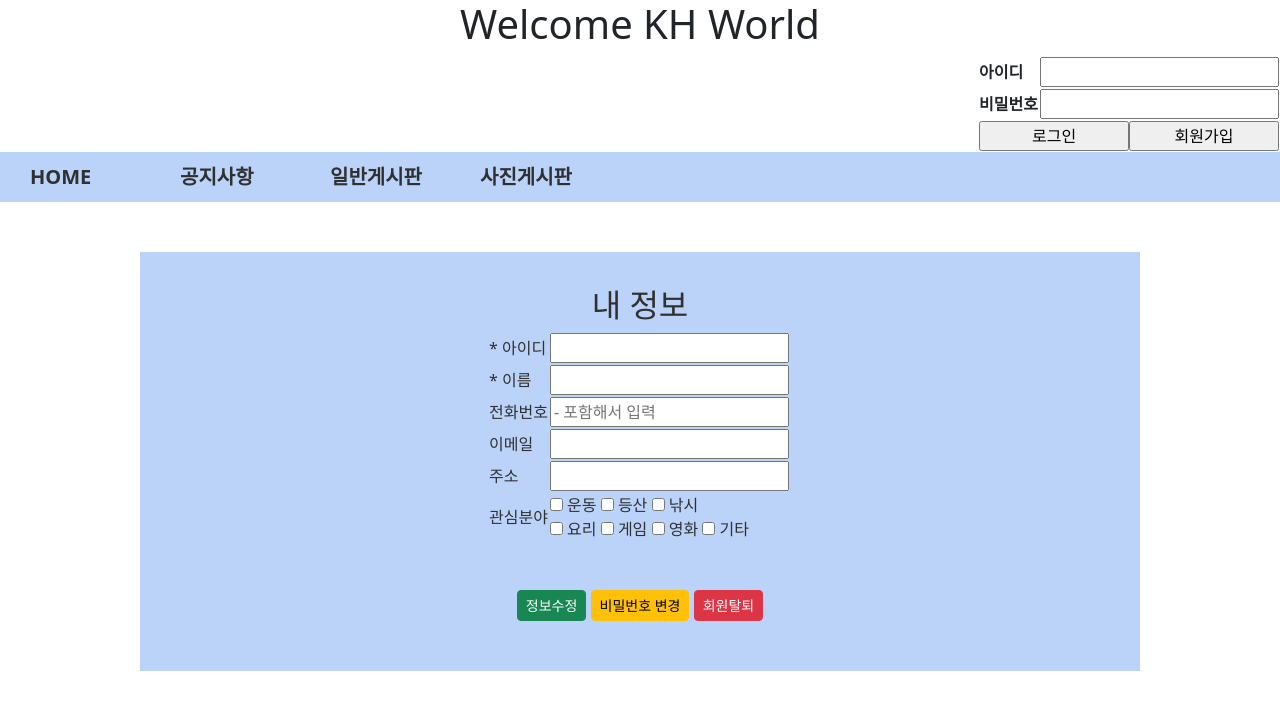
Repository: HwangInTae82/JSPProject
Page: http://localhost/jspProject/views/member/myPage.jsp
These files come from the project's save history. The page is drawn as it stood at one moment and after the next save; the edit follows.
The browser window is 1280 px wide. The pictures show the whole page.
The page is served by Tomcat 10. Nobody is signed in. The application's start-up code is not run.

Above is the page before, as saved 2025-02-27 23:24:15.

After the next save:
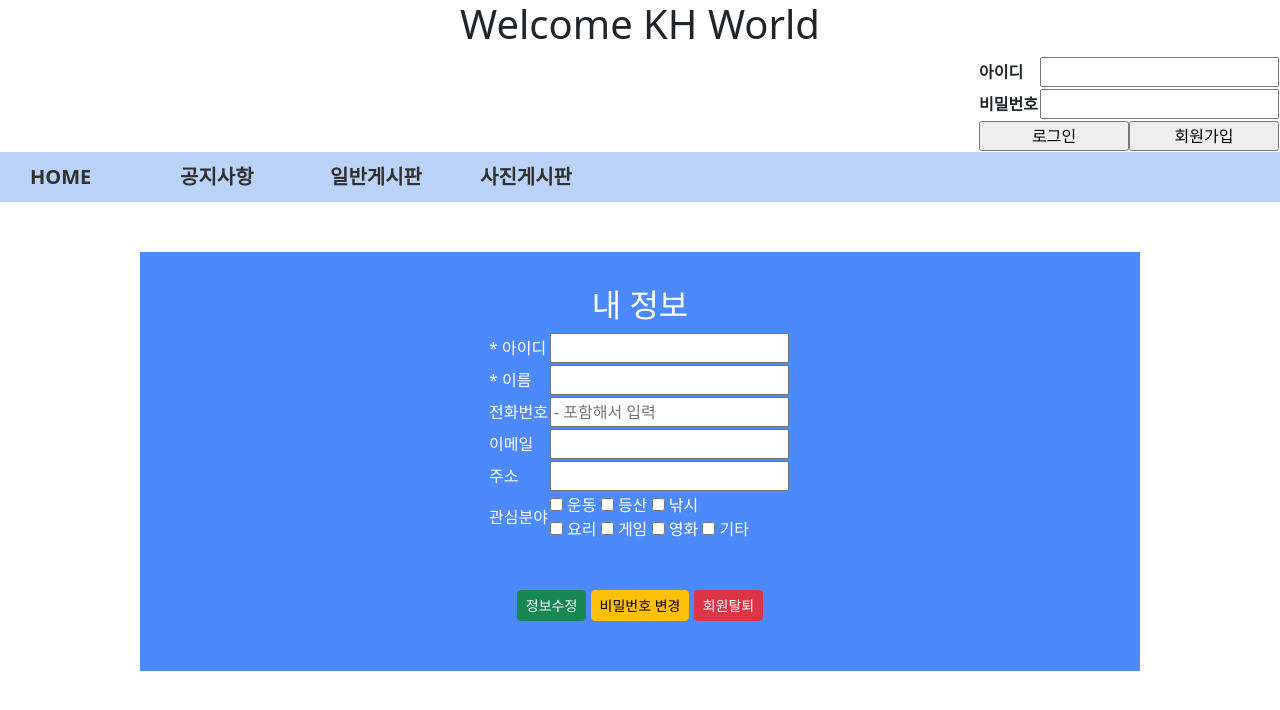
Saved 21 s later.
--- a/jspProject/src/main/webapp/views/member/myPage.jsp
+++ b/jspProject/src/main/webapp/views/member/myPage.jsp
@@ -8,8 +8,8 @@
 	<title>Insert title here</title>
 	<style>
 		.outer{
-			background: rgb(187, 211, 248);
-			color: rgb(48, 48, 48);
+			background: #4b89fc;
+			color: white;
 			width: 1000PX;
 			margin: auto;
 			margin-top: 50px;
@@ -24,13 +24,6 @@
 			display: flex;
 			flex-direction: column;
 		}
-        #delete-account-modal .modal-body form{
-            display: flex;
-			flex-direction: column;
-        }
-        #delete-account-btn{
-            margin: 0px 50px;
-        }
 	</style>
 </head>
 <body>
@@ -117,31 +110,18 @@
 			<div align="center">
 				<button type="submit" class="btn btn-sm btn-success">정보수정</button>
 				<button type="button" class="btn btn-sm btn-warning" data-bs-toggle="modal" data-bs-target="#update-pwd-modal">비밀번호 변경</button>
-				<button type="button" class="btn btn-sm btn-danger" onclick="handleOnClick()">회원탈퇴</button>
+				<button type="button" class="btn btn-sm btn-danger" data-bs-toggle="modal" data-bs-target="#delete-member-modal">회원탈퇴</button>
 			</div>
 		</form>
 	</div>
-
-
-	<script>
-		function checkPwd(){
-			const pwd = document.querySelector("#enroll-form input[name=userPwd]").value;
-			const pwdCheck = document.querySelector("#enroll-form input[name=userPwdCheck]").value;
-
-			if(pwd !== pwdCheck){
-				alert("비밀번호가 일치하지 않습니다.");
-				return false;
-			}
-		}
-        function handleOnClick()  {
-            let ok = confirm("탈퇴 후 복구가 불가능합니다. 정말 탈퇴하시겠습니까?");
-            if (ok) {
-            var myModal = new bootstrap.Modal(document.getElementById('delete-account-modal'));
-            myModal.show();
-        }
-            }
-
-	</script>
+	<!--
+		탈퇴하기 버튼 클릭시
+		탈퇴 후 복구가 불가능합니다.
+		정말 탈퇴하시겠습니까?
+		비밀번호 :
+		탈퇴하기버튼 -> /delete.me
+		=>  /delete.me받은 서버는 비밀번호가 맞는지 확인 후 status -> N으로 변경하고 로그아웃
+	 -->
 
 
 
@@ -194,43 +174,30 @@
 	  </div>
 	</div>
 
-<!--
-		탈퇴하기 버튼 클릭시
-		탈퇴 후 복구가 불가능합니다.
-		정말 탈퇴하시겠습니까?
-		비밀번호 :
-		탈퇴하기버튼 -> /delete.me
-		=>  /delete.me받은 서버는 비밀번호가 맞는지 확인 후 status -> N으로 변경하고 로그아웃
-	 -->
-    <!-- 회원탈퇴 팝업 -->
-	<div class="modal" id="delete-account-modal">
-        <div class="modal-dialog">
-          <div class="modal-content">
-
-            <!-- Modal Header -->
-            <div class="modal-header">
-              <h4 class="modal-title">회원탈퇴</h4>
-              <button type="button" class="btn-close" data-bs-dismiss="modal"></button>
-            </div>
-
-            <!-- Modal body -->
-            <div class="modal-body">
-              <form action="${pageContext.request.contextPath}/delete.me" method="post">
-
-               <h3> </h3>
-                  <table align="center">
-                      <tr>
-                          <td>비밀번호 입력</td>
-                          <td><input type="password" name="userPwd" required></td>
-                      </tr>
-                  </table>
-                  <br>
-                  <button id="delete-account-btn" type="submit" class="btn btn-sm btn-danger" class="btn btn-sm btn-primary">회원 탈퇴</button>
-              </form>
-
-            </div>
-          </div>
-        </div>
-      </div>
+	<!-- 탈퇴 팝업 -->
+	<div class="modal" id="delete-member-modal">
+	  <div class="modal-dialog">
+	    <div class="modal-content">
+
+	      <!-- Modal Header -->
+	      <div class="modal-header">
+	        <h4 class="modal-title">회원탈퇴</h4>
+	        <button type="button" class="btn-close" data-bs-dismiss="modal"></button>
+	      </div>
+
+	      <!-- Modal body -->
+	      <div class="modal-body">
+			<form action="${pageContext.request.contextPath}/delete.me" method="post">
+				<b>탈퇴 후 복구가 불가능합니다.<br>
+				정말로 탈퇴하시겠습니까?</b>
+				<br><br>
+				비밀번호  : <input type="password" name="userPwd" required>
+				<br><br>
+				<button type="submit" class="btn btn-sm btn-danger">탈퇴하기</button>
+			</form>
+	      </div>
+	    </div>
+	  </div>
+	</div>
 </body>
 </html>

After the save that followed:
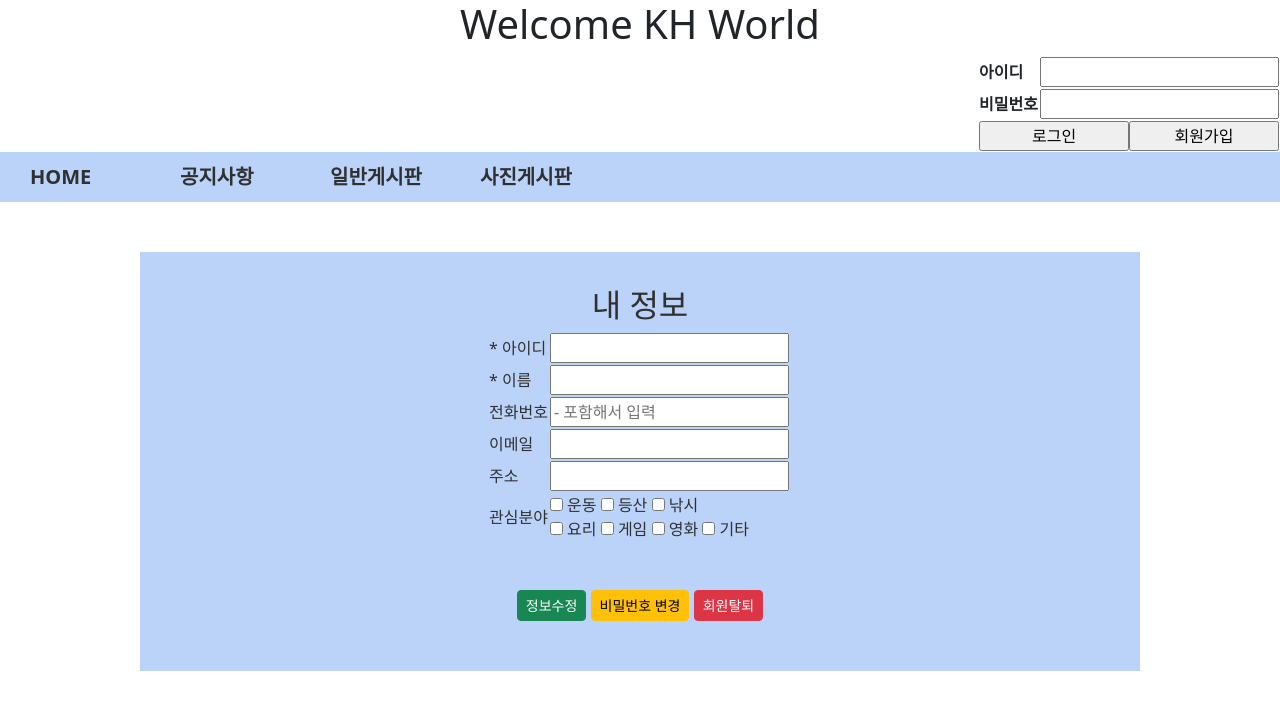
Saved 6 s later.
--- a/jspProject/src/main/webapp/views/member/myPage.jsp
+++ b/jspProject/src/main/webapp/views/member/myPage.jsp
@@ -8,8 +8,8 @@
 	<title>Insert title here</title>
 	<style>
 		.outer{
-			background: #4b89fc;
-			color: white;
+			background: rgb(187, 211, 248);
+			color: rgb(48, 48, 48);
 			width: 1000PX;
 			margin: auto;
 			margin-top: 50px;
@@ -24,6 +24,13 @@
 			display: flex;
 			flex-direction: column;
 		}
+        #delete-account-modal .modal-body form{
+            display: flex;
+			flex-direction: column;
+        }
+        #delete-account-btn{
+            margin: 0px 50px;
+        }
 	</style>
 </head>
 <body>
@@ -110,18 +117,31 @@
 			<div align="center">
 				<button type="submit" class="btn btn-sm btn-success">정보수정</button>
 				<button type="button" class="btn btn-sm btn-warning" data-bs-toggle="modal" data-bs-target="#update-pwd-modal">비밀번호 변경</button>
-				<button type="button" class="btn btn-sm btn-danger" data-bs-toggle="modal" data-bs-target="#delete-member-modal">회원탈퇴</button>
+				<button type="button" class="btn btn-sm btn-danger" onclick="handleOnClick()">회원탈퇴</button>
 			</div>
 		</form>
 	</div>
-	<!--
-		탈퇴하기 버튼 클릭시
-		탈퇴 후 복구가 불가능합니다.
-		정말 탈퇴하시겠습니까?
-		비밀번호 :
-		탈퇴하기버튼 -> /delete.me
-		=>  /delete.me받은 서버는 비밀번호가 맞는지 확인 후 status -> N으로 변경하고 로그아웃
-	 -->
+
+
+	<script>
+		function checkPwd(){
+			const pwd = document.querySelector("#enroll-form input[name=userPwd]").value;
+			const pwdCheck = document.querySelector("#enroll-form input[name=userPwdCheck]").value;
+
+			if(pwd !== pwdCheck){
+				alert("비밀번호가 일치하지 않습니다.");
+				return false;
+			}
+		}
+        function handleOnClick()  {
+            let ok = confirm("탈퇴 후 복구가 불가능합니다. 정말 탈퇴하시겠습니까?");
+            if (ok) {
+            var myModal = new bootstrap.Modal(document.getElementById('delete-account-modal'));
+            myModal.show();
+        }
+            }
+
+	</script>
 
 
 
@@ -174,30 +194,43 @@
 	  </div>
 	</div>
 
-	<!-- 탈퇴 팝업 -->
-	<div class="modal" id="delete-member-modal">
-	  <div class="modal-dialog">
-	    <div class="modal-content">
-
-	      <!-- Modal Header -->
-	      <div class="modal-header">
-	        <h4 class="modal-title">회원탈퇴</h4>
-	        <button type="button" class="btn-close" data-bs-dismiss="modal"></button>
-	      </div>
-
-	      <!-- Modal body -->
-	      <div class="modal-body">
-			<form action="${pageContext.request.contextPath}/delete.me" method="post">
-				<b>탈퇴 후 복구가 불가능합니다.<br>
-				정말로 탈퇴하시겠습니까?</b>
-				<br><br>
-				비밀번호  : <input type="password" name="userPwd" required>
-				<br><br>
-				<button type="submit" class="btn btn-sm btn-danger">탈퇴하기</button>
-			</form>
-	      </div>
-	    </div>
-	  </div>
-	</div>
+<!--
+		탈퇴하기 버튼 클릭시
+		탈퇴 후 복구가 불가능합니다.
+		정말 탈퇴하시겠습니까?
+		비밀번호 :
+		탈퇴하기버튼 -> /delete.me
+		=>  /delete.me받은 서버는 비밀번호가 맞는지 확인 후 status -> N으로 변경하고 로그아웃
+	 -->
+    <!-- 회원탈퇴 팝업 -->
+	<div class="modal" id="delete-account-modal">
+        <div class="modal-dialog">
+          <div class="modal-content">
+
+            <!-- Modal Header -->
+            <div class="modal-header">
+              <h4 class="modal-title">회원탈퇴</h4>
+              <button type="button" class="btn-close" data-bs-dismiss="modal"></button>
+            </div>
+
+            <!-- Modal body -->
+            <div class="modal-body">
+              <form action="${pageContext.request.contextPath}/delete.me" method="post">
+
+               <h3> </h3>
+                  <table align="center">
+                      <tr>
+                          <td>비밀번호 입력</td>
+                          <td><input type="password" name="userPwd" required></td>
+                      </tr>
+                  </table>
+                  <br>
+                  <button id="delete-account-btn" type="submit" class="btn btn-sm btn-danger" class="btn btn-sm btn-primary">회원 탈퇴</button>
+              </form>
+
+            </div>
+          </div>
+        </div>
+      </div>
 </body>
 </html>
